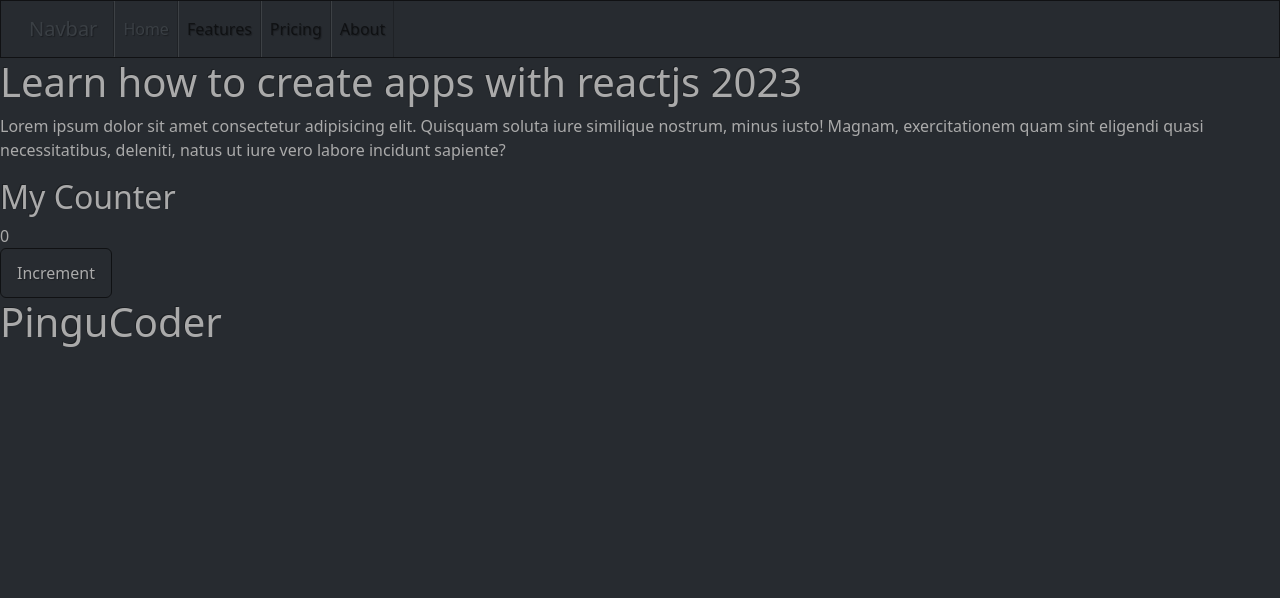
Repository: chanwarichawki/React-BC
Page: /
The author's editor kept a copy of each file at every save. The page is drawn from the files as they stood at one save, then again after a run of saves.
The browser window is 1280 px wide. The pictures show the whole page.
Some web libraries are served in a nearby version. The project was rebuilt for these pictures with package versions that can differ from the ones it lists, and the page was loaded fresh each time. Also part of the build but not shown: vite.config.js.

Above is the page before, as saved 2024-01-15 18:08:28.

After the next 5 saves:
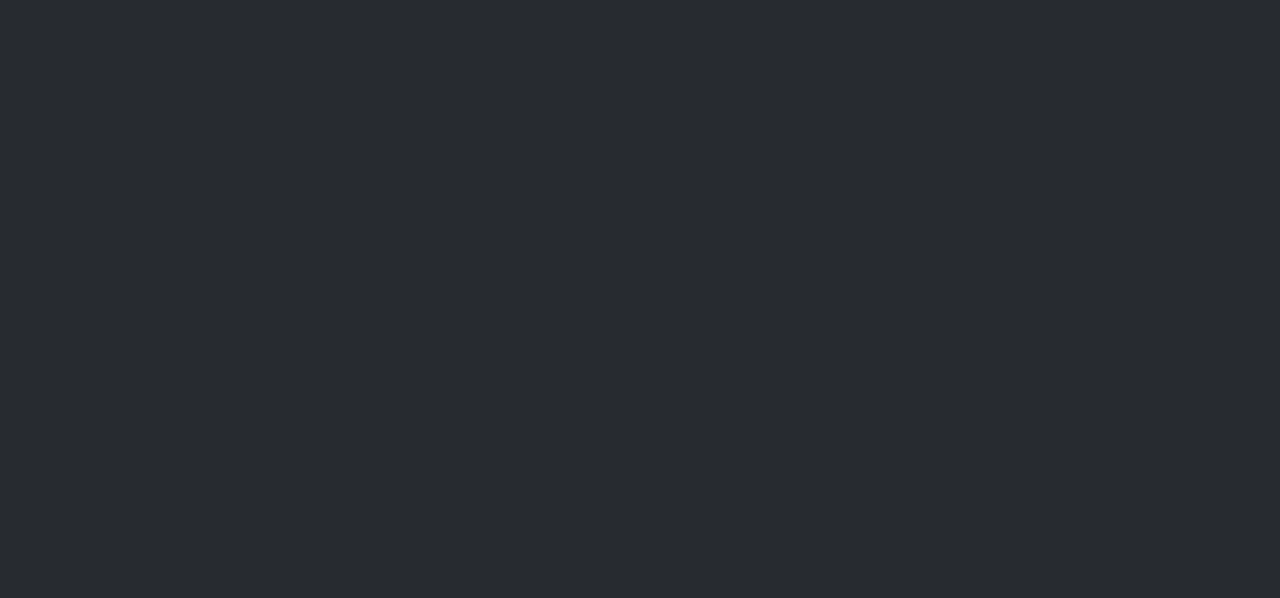
Console error: ReferenceError: Product is not defined
The 5 saves are shown as one change because they came seconds apart.
The last was saved 65 s later.
--- a/src/components/Products.jsx
+++ b/src/components/Products.jsx
@@ -30,7 +30,7 @@ function Products() {
         <div>
         {products.map((product, index) => (
           <div key={index}>
-            <product />
+            <Product />
           </div>
         ))}
         </div>

After the save that followed:
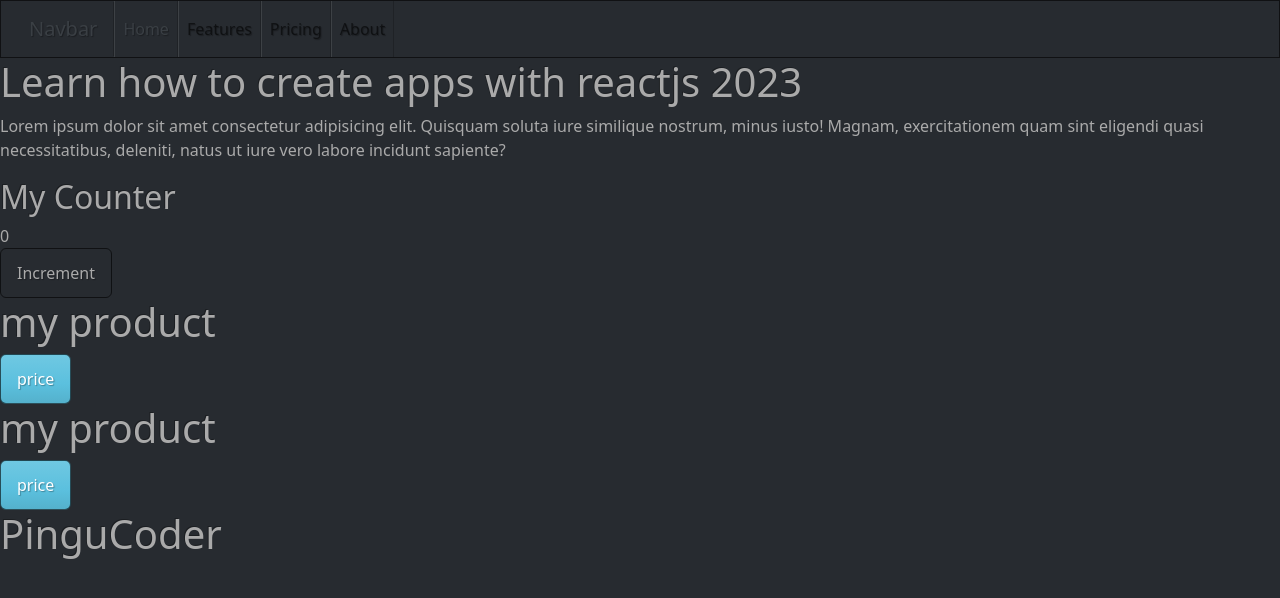
The error is gone.
Saved 16 s later.
--- a/src/components/Products.jsx
+++ b/src/components/Products.jsx
@@ -1,4 +1,5 @@
 import Counter from "./Counter";
+import Product from "./Product";
 
 function Products() {
 
